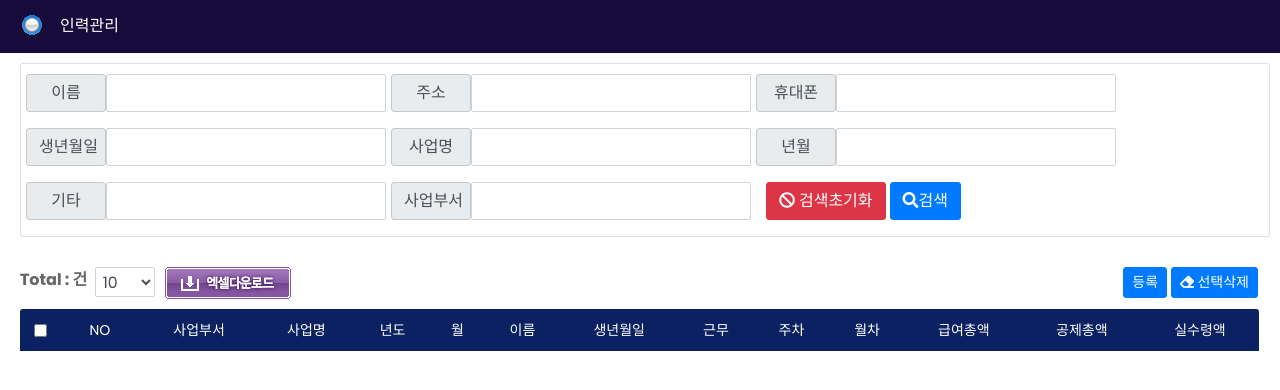
Repository: kimnamgu/GangNamGu
Page: http://localhost/manpower/WEB-INF/jsp/manage/workerMng.jsp
The author's editor kept a copy of each file at every save. The page is drawn from the files as they stood at one save, then again after the next save.
The browser window is 1280 px wide. The pictures show the whole page.
The page is served by Tomcat 9. Nobody is signed in. The template is opened directly, without the code that normally fills it, so the values that code supplies are empty.

Above is the page before, as saved 2020-11-04 02:34:08.
Console error: TypeError: Cannot read properties of undefined (reading 'replace')

After the next save:
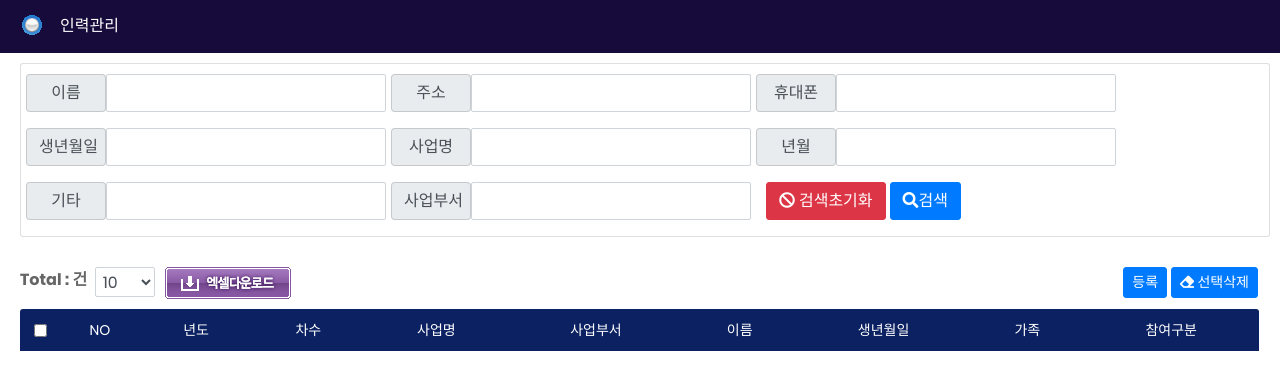
Saved 83 min 37 s later.
--- a/manpower/src/main/webapp/WEB-INF/jsp/manage/workerMng.jsp
+++ b/manpower/src/main/webapp/WEB-INF/jsp/manage/workerMng.jsp
@@ -437,18 +437,15 @@
 			        <tr align="center">
 			        		<th style="width: 40px;"><input type="checkbox" name="_selected_all_"></th>
 							<th style="width: 80px;">NO</th>
+							<th>년도</th>
+							<th>차수</th>
+							<th>사업명</th>
 							<th>사업부서</th>
-							<th>사업명</th>
-							<th>년도</th>
-							<th>월</th>
 							<th>이름</th>
 							<th>생년월일</th>
-							<th>근무</th>
-							<th>주차</th>
-							<th>월차</th>
-							<th>급여총액</th>
-							<th>공제총액</th>
-							<th>실수령액</th>
+							<th>가족</th>
+							<th>참여구분</th>
+
 						</tr>
 			      </thead>
 			      <tbody id='mytable'>
